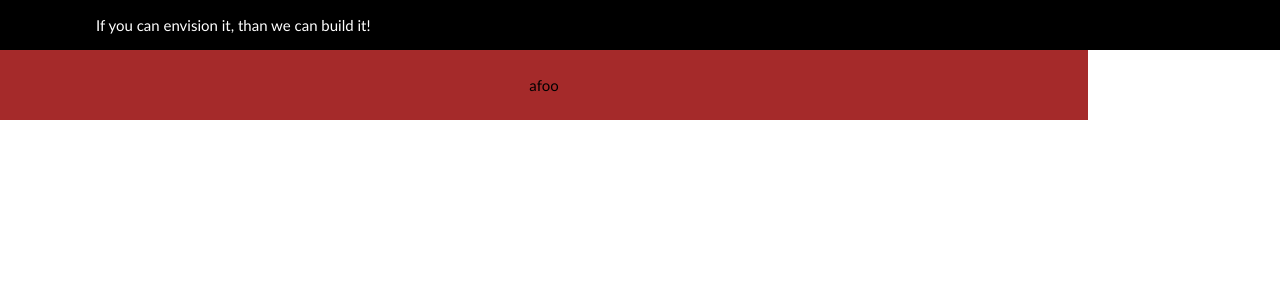
Repository: samuelsemako/Zose.com
Page: http://localhost/
The author's editor kept a copy of each file at every save. The page is drawn from the files as they stood at one save, then again after a run of saves.
The browser window is 1280 px wide. The pictures show the whole page.
Some web fonts or font styles are not loaded; a fallback is used. The page is run by PHP 8.4 with error messages shown; the project is at /var/www/html/.

Above is the page before, as saved 2024-05-16 18:18:21.

### index.php
<!DOCTYPE html PUBLIC "-//W3C//DTD XHTML 1.0 Transitional//EN" "http://www.w3.org/TR/xhtml1/DTD/xhtml1-transitional.dtd">
<html xmlns="http://www.w3.org/1999/xhtml" lang="en">
<head>
	<?php include "meta.php"?>
	<title>ZOSE</title>
</head>
<body>
    <header>
		<div class="top-div">
			<div class="inner-div">
				<div><p>If you can envision it, than we can build it!</p></div>
				<div class="icon-div">
					<a href="#" title="facebook">
					<i class="bi-facebook"></i></a>
					<a href="#" title="twitter">
					<i class="bi-twitter"></i></a>
					<a href="#" title="instagram">
					<i class="bi-instagram"></i></a>
					<a href="#" title="youtube">
					<i class="bi-youtube"></i></a>
				</div>
			</div>
		</div>

		<div class="bottom-div">
			afoo
		</div>
	</header>

</body>
</html>

### meta.php
<meta http-equiv="Content-Type" content="text/html; charset=utf-8" />
<meta name="viewport" content="width=device-width, initial-scale=1.0">

<link rel="stylesheet" type="text/css" href="styles/main.css">
<link rel="shortcut icon" type="image-png" href="all-images/images/icon.png">
<link href="styles/icons-1.10.2/font/bootstrap-icons.css" type="text/css" rel="stylesheet" >

<script type="text/javascripts" src="js/scripts.js"></script>

### styles/main.css
/* Paramount */
body{
    background: #ffffff;
    font-family: 'Trebuchet MS', 'Lucida Sans Unicode', 'Lucida Grande', 'Lucida Sans', Arial, sans-serif;
    font-size: 15px;
    padding: 0px;
    margin: 0px;
}

h1, h2, h3, h4, h5, h6{
    font-family: Verdana, Geneva, Tahoma, sans-serif;
}

a{
    text-decoration: none;
    color: inherit;
}
button{
    font-family: 'Trebuchet MS', 'Lucida Sans Unicode', 'Lucida Grande', 'Lucida Sans', Arial, sans-serif;
}

input{
    font-family: 'Trebuchet MS', 'Lucida Sans Unicode', 'Lucida Grande', 'Lucida Sans', Arial, sans-serif;
}

p{
    margin: 0px;
    padding: 0px;
}



/* header style */

header{
    background: #fff;
    min-height: 70px;
    display: flex;
    flex-direction: column;
}

header .top-div{
    background: #000;
    min-height: 50px;
    width: 100%;
    display: flex;
    justify-content: center;
}

header .top-div .inner-div{
    width: 85%;
    min-height: 40px;
    display: flex;
    align-items: center;
    justify-content: space-between;
    color: #fff;
}

header .top-div .inner-div .icon-div{
    display: flex;
    gap: 15px;
    font-size: 18px;
}


header .top-div .inner-div .icon-div i{
    cursor: pointer;
}


header .bottom-div{
    min-height: 70px;
    width: 85%;
    background: brown;
    display: flex;
    align-items: center;
    justify-content: center;
}

Loaded but not shown: styles/icons-1.10.2/font/bootstrap-icons.css (library)

After the next 2 saves:
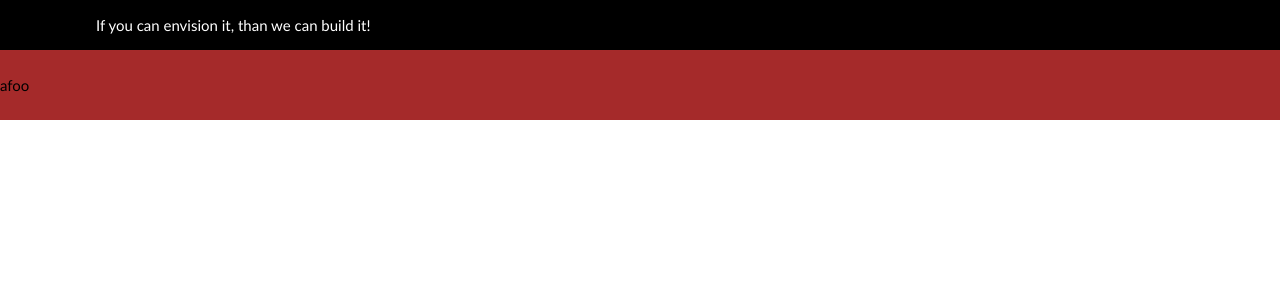
The 2 saves are shown as one change because they came seconds apart.
The last was saved 55 s later.
--- a/styles/main.css
+++ b/styles/main.css
@@ -70,9 +70,9 @@ header .top-div .inner-div .icon-div i{
 
 header .bottom-div{
     min-height: 70px;
-    width: 85%;
+    width: 100%;
     background: brown;
     display: flex;
     align-items: center;
-    justify-content: center;
+    justify-content: sap;
 }
